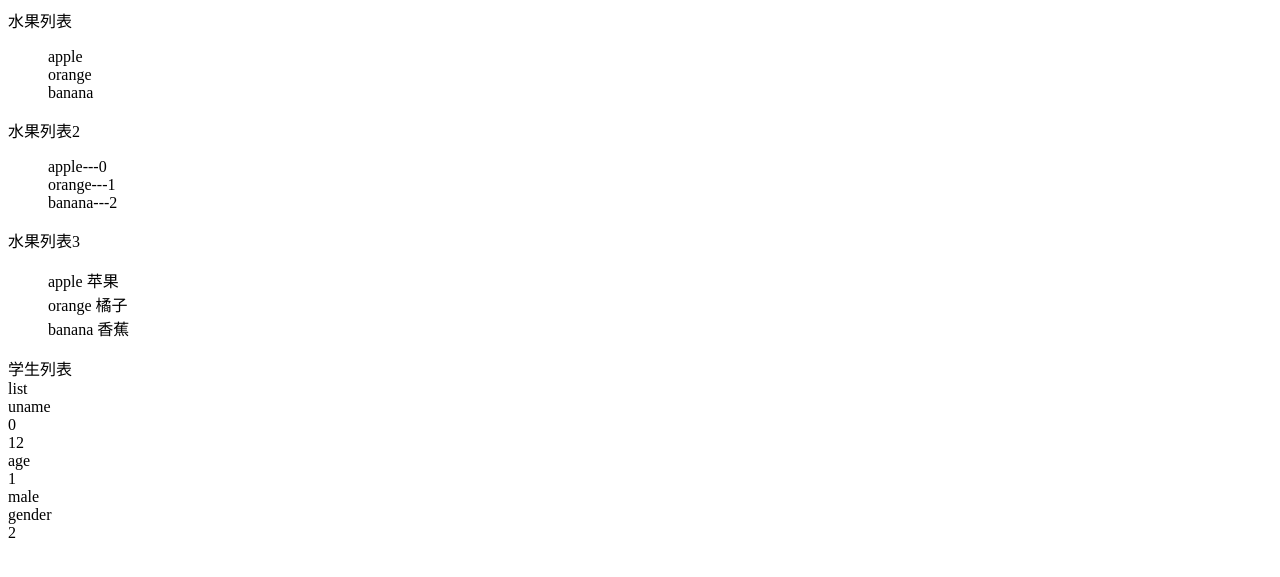
Repository: chenguocan/Vue_demo_1
Page: 循环结构.html
An editor plug-in stored every save of this project. The page is shown before and after a run of saves, followed by the edit.
The browser window is 1280 px wide. The pictures show the whole page.

Above is the page before, as saved 2020-07-20 16:04:55.

After the next 2 saves:
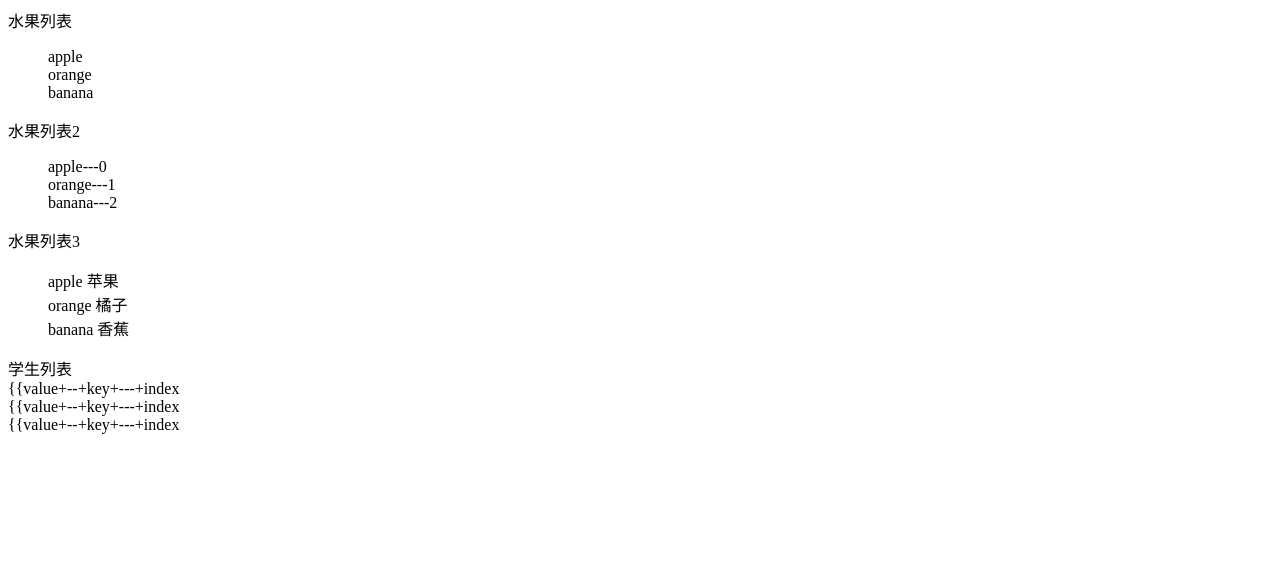
The 2 saves are shown as one change because they came seconds apart.
The last was saved 21 s later.
--- a/循环结构.html
+++ b/循环结构.html
@@ -29,9 +29,7 @@
       </ul>
       <div>学生列表</div>
       <div v-for="(value,key,index) in obj">
-        <li>{{value}}</li>
-        <li>{{key}}</li>
-        <li>{{index}}</li>
+        <li>{{value+--+key+---+index</li>
       </div>
     </div>
   </body>
